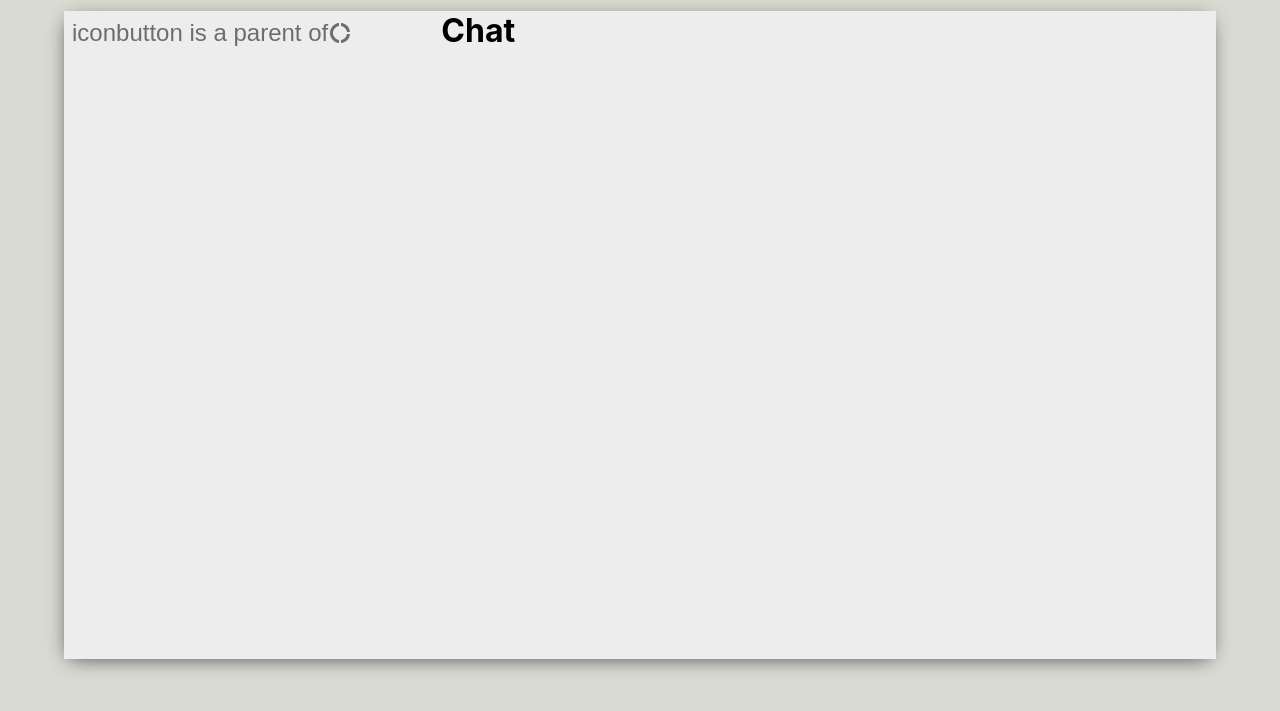
Repository: nadavmza/whatsapp-mern
Page: /
The author's editor kept a copy of each file at every save. The page is drawn from the files as they stood at one save, then again after a run of saves.
The browser window is 1280 px wide. The pictures show the whole page.
The project was rebuilt for these pictures with package versions that can differ from the ones it lists, and the page was loaded fresh each time. Also part of the build but not shown: src/Chat.css.

Above is the page before, as saved 2021-12-22 00:20:21.

### src/index.js
 import React from 'react';
import ReactDOM from 'react-dom';
import './index.css';
import App from './App';
import reportWebVitals from './reportWebVitals';

ReactDOM.render(
  <React.StrictMode>
    <App />
  </React.StrictMode>,
  document.getElementById('root')
);

// If you want to start measuring performance in your app, pass a function
// to log results (for example: reportWebVitals(console.log))
// or send to an analytics endpoint. Learn more: https://bit.ly/CRA-vitals
reportWebVitals();

### src/App.js
import './App.css';
import Chat from './Chat';
import Sidebar from './Sidebar';
import React from "react";

function App() {
  return (

    <div className="app">
      <div className="app_body">
        <Sidebar/>
         <Chat/>
      </div>
    </div>
  );
}

export default App;

### src/App.css
.app{
  display:grid;
  place-items: center;
  height: 100vh;
  background-color:#dadbd3;
}


.app_body{
  display:flex;
  background-color: #ededed;
  margin-top: -50px;
  height: 90vh;
  width:90vw;
  box-shadow: -1px 4px 20px -6px rgba(0,0,0,0.75);
}

### src/Chat.js
import React from 'react'
import './Chat.css';

function Chat() {
    return (
        <div>
            <h1>Chat</h1>
        </div>
    )
}

export default Chat

### src/Sidebar.js
import React from 'react';
import "./Sidebar.css";
import DonutLargeIcon from '@mui/icons-material/DonutLarge';
import { Avatar,IconButton } from '@mui/material';
function Sidebar() {
    return (
        <div className='sidebar'>
            <div className="sidebar_header">
                <div className="sidebar_headerRight">
                    <IconButton>
                        iconbutton is a parent of

                        <DonutLargeIcon/>
                    </IconButton>
                </div>
            </div>
        </div>
    );

}

export default Sidebar

### src/Sidebar.css
.sidebar{
    display:flex;
    flex-direction: column;
    flex:0.35;


    /* flex:0.35 means that Chat component take 35 precent
    of the screen */
}

Loaded but not shown: public/index.html (common file); src/index.css (common file); src/reportWebVitals.js (common file)

After the next 2 saves:
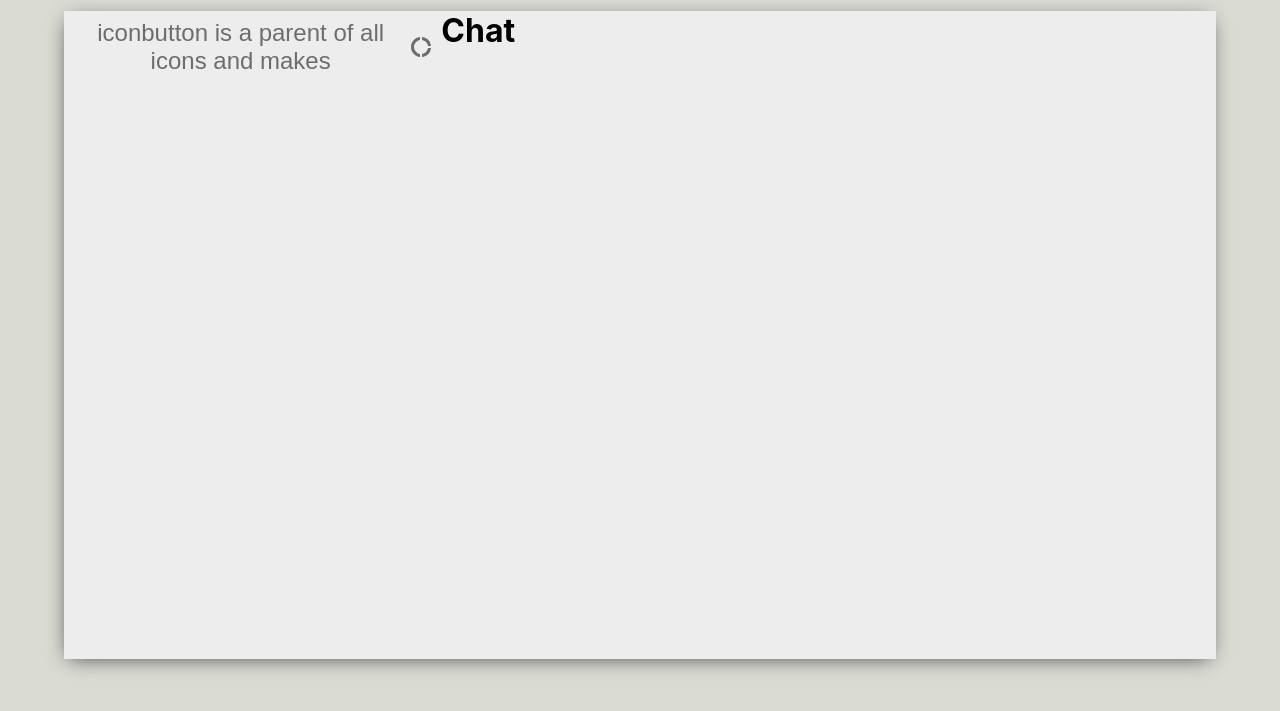
The 2 saves are shown as one change because they came seconds apart.
The last was saved 5 s later.
--- a/src/Sidebar.js
+++ b/src/Sidebar.js
@@ -9,7 +9,7 @@ function Sidebar() {
                 <div className="sidebar_headerRight">
                     <IconButton>
                         iconbutton is a parent of
-
+                        all icons and makes
                         <DonutLargeIcon/>
                     </IconButton>
                 </div>
